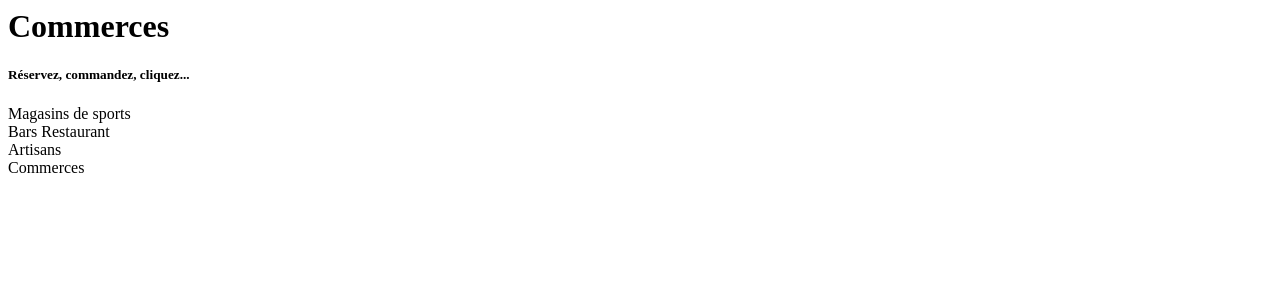
Repository: numericgraphics/Rosiere_Service
Page: www/templates/commerces.html
The author's editor kept a record of every edit. The page is drawn from the files as they stood at one moment, then again after the next edit.
The browser window is 1280 px wide. The pictures show the whole page.

Above is the page before.

After the next edit:
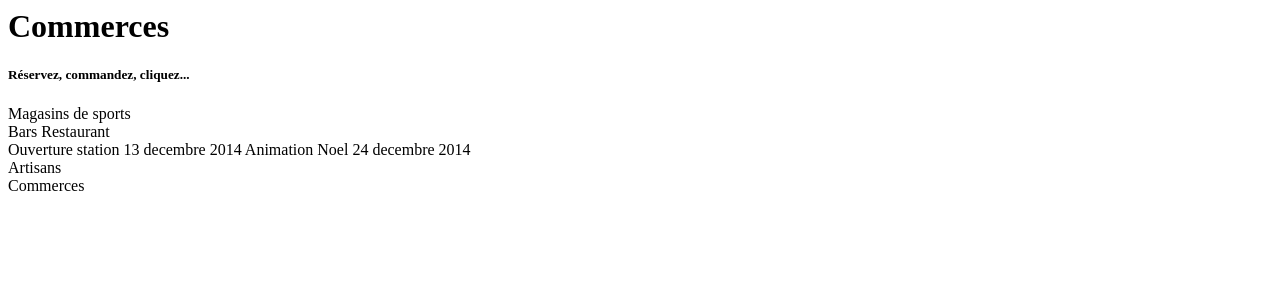
The edit:
--- a/www/templates/commerces.html
+++ b/www/templates/commerces.html
@@ -13,6 +13,19 @@
           <div class="item item-divider">
             Bars Restaurant
           </div>
+
+          <a class="item" ng-click="openModal('opening')">
+            Ouverture station
+            <span class="item-note">
+              13 decembre 2014
+            </span>
+          </a>
+          <a class="item" ng-click="openModal('noel')">
+            Animation Noel
+            <span class="item-note">
+              24 decembre 2014
+            </span>
+          </a>
           <div class="item item-divider">
             Artisans
           </div>
